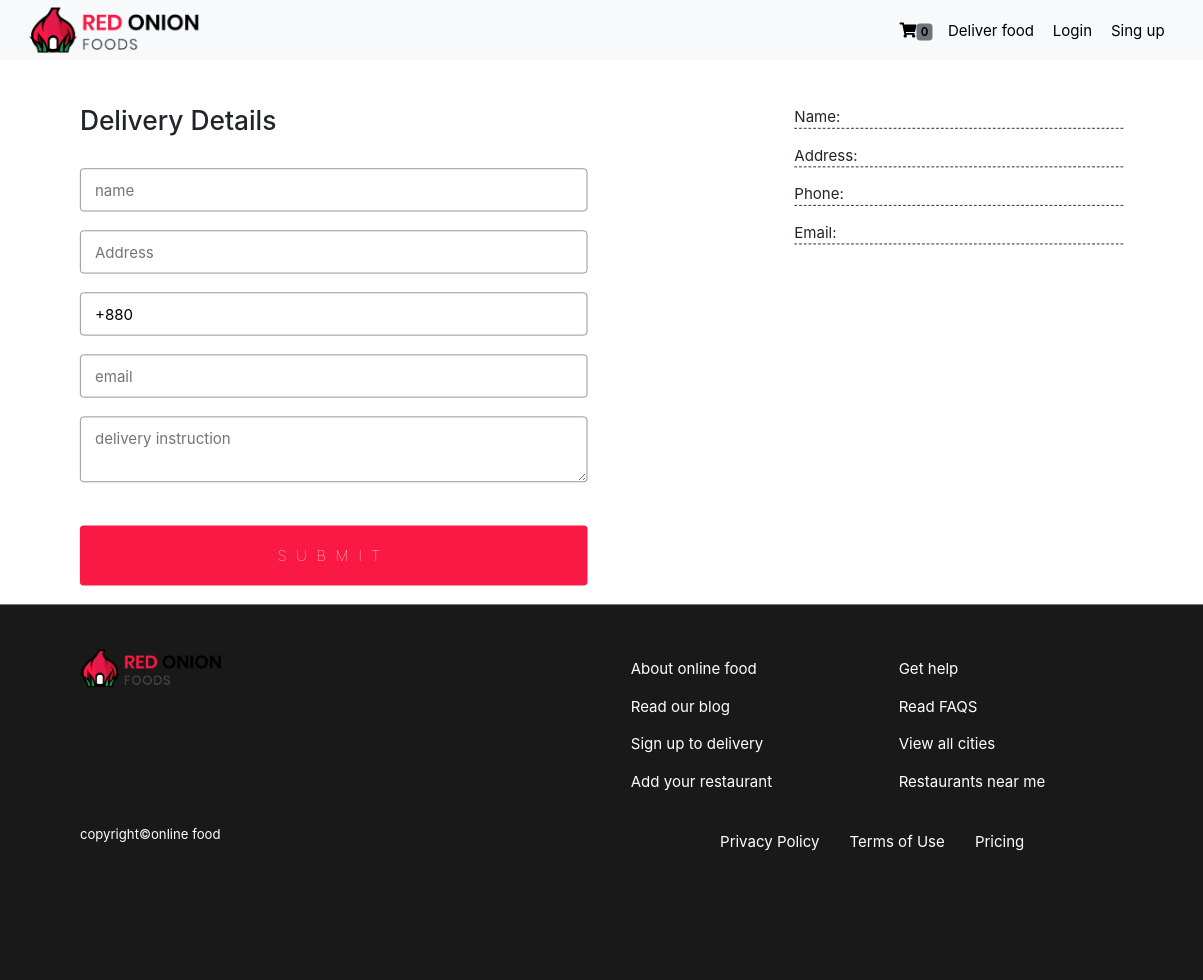
Repository: arif286/red-onion-client
Page: /cart
An editor plug-in stored every save of this project. The page is shown before and after the next save, followed by the edit.
The browser window is 1280 px wide. The pictures show the whole page, at 94% of full size.
The project was rebuilt for these pictures with package versions that can differ from the ones it lists, and the page was loaded fresh each time. Some packages were replaced by stand-ins written for this rebuild. Also part of the build but not shown: src/App.css, src/components/SearchBar/SearchBar.css, src/components/SearchBar/SearchBar.js, src/components/FoodDetails/FoodDetail.css, src/components/FoodDetails/FoodDetail.js, src/components/DeliveryFood/DeliveryFood.js, src/components/Food/Food.css, src/components/Food/FoodItem.js and 9 more.

Above is the page before, as saved 2021-03-30 16:50:42.

After the next save:
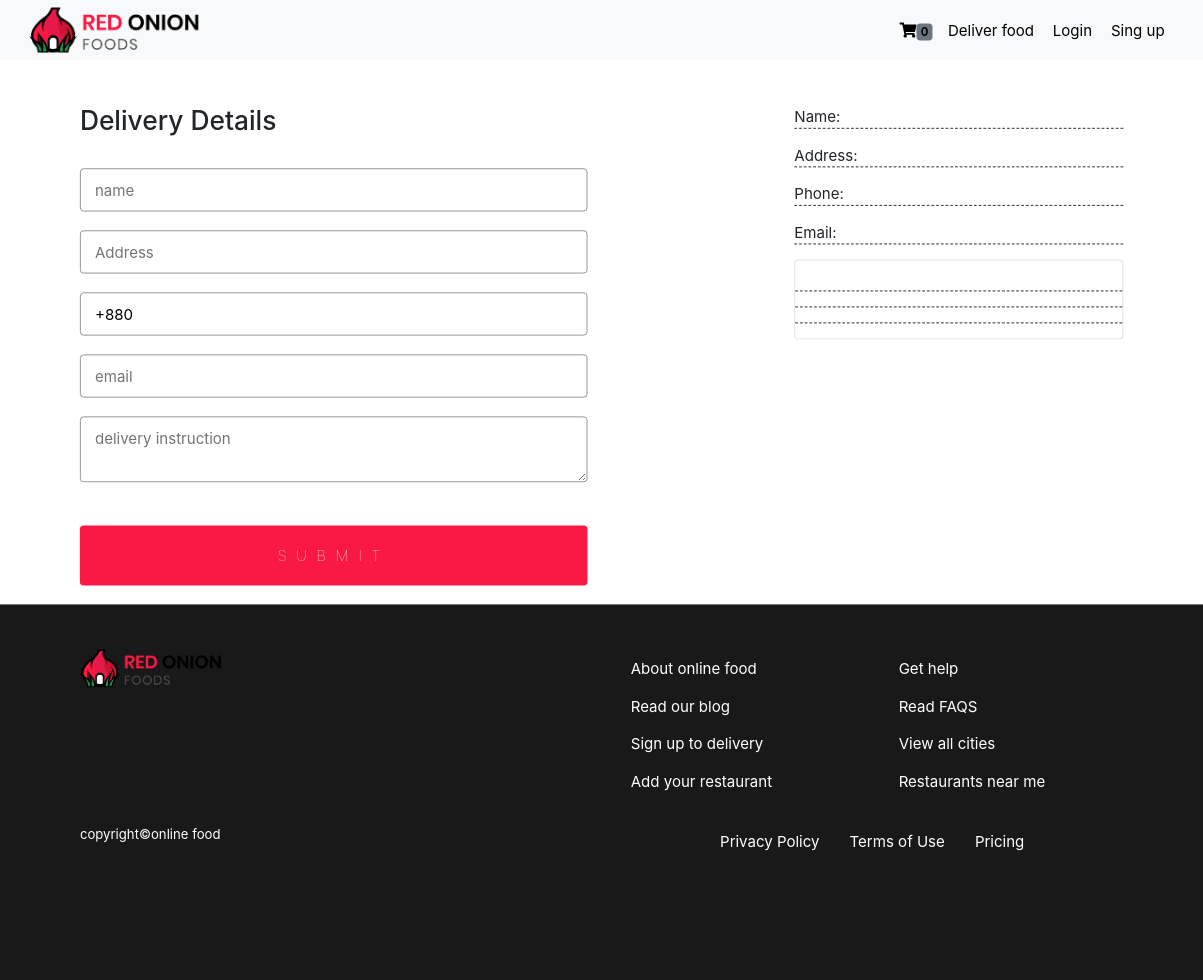
Saved 8 min 46 s later.
--- a/src/components/Cart/Cart.js
+++ b/src/components/Cart/Cart.js
@@ -1,4 +1,4 @@
-import React, { useContext } from 'react';
+import React, { useContext, useState } from 'react';
 import { useForm } from 'react-hook-form';
 import { UserContext } from '../../App';
 import './Cart.css';
@@ -7,7 +7,7 @@ const Cart = () => {
     const { count, foodItem } = loggedInUser;
 
     const { register, handleSubmit, errors } = useForm();
-
+    const [deliverInfo, setDeliverInfo] = useState({});
     const onSubmit = (data) => {
         console.log(data)
     }
@@ -73,6 +73,19 @@ const Cart = () => {
             <p>Address:</p>
             <p>Phone:</p>
             <p>Email:</p>
+            <div className="card">
+              <div>
+                <img alt="" />
+              </div>
+              <div>
+                <h6></h6>
+                <p></p>
+                <p></p>
+              </div>
+              <div className="">
+                <p></p>
+              </div>
+            </div>
           </div>
         </div>
       </div>
